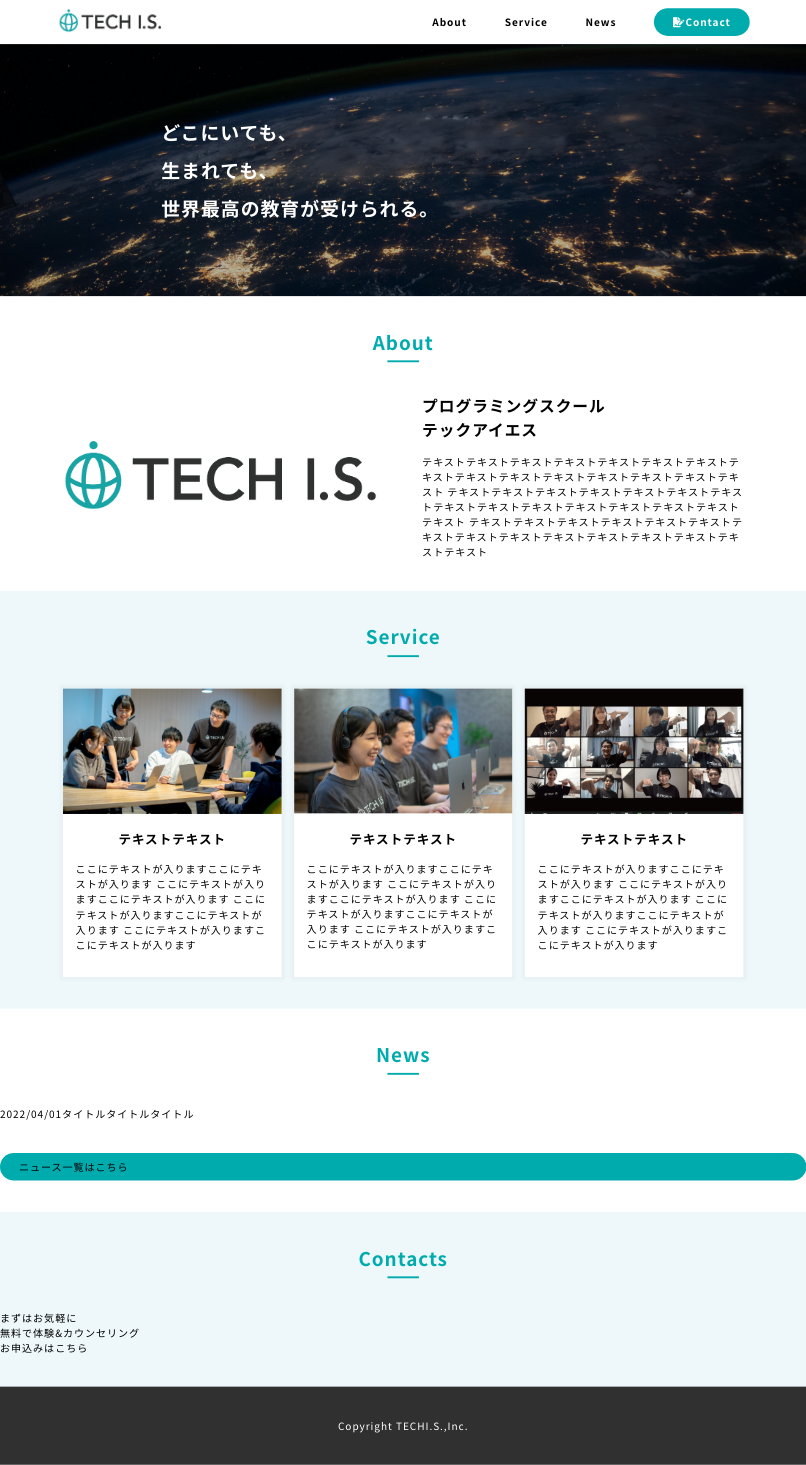
Repository: ryunoesta/lp-techis
Page: indx.html
These files come from the project's save history. The page is drawn as it stood at one moment and after a run of saves; the edit follows.
The browser window is 1280 px wide. The pictures show the whole page, at 63% of full size.

Above is the page before, as saved 2022-06-19 23:09:52.

### indx.html
<!DOCTYPE html>
<html lang="ja">
<head>
    <meta charset="UTF-8">
    <meta http-equiv="X-UA-Compatible" content="IE=edge">
    <meta name="viewport" content="width=device-width, initial-scale=1.0">
    <!-- reset css -->
    <link rel="stylesheet" href="./CSS/reset.css">
    <!-- style css -->
    <link rel="stylesheet" href="./CSS/style.css">
    <!-- fontawesome -->
    <link rel="stylesheet" href="https://use.fontawesome.com/releases/v5.15.1/css/all.css">
    <title>プログラミングスクール テックアイエス</title>
</head>
<body>
    <!-- header -->
    <header class="header">
        <h1 class="logo">
            <img src="./img/logo.png" alt="ロゴ画像">
        </h1>
        <ul class="menu-pc">
            <li><a href="#">About</a></li>
            <li><a href="#">Service</a></li>
            <li><a href="#">News</a></li>
            <!-- リンク先追加 -->
            <li><a href="contact"><i class="fas fa-file-signature"></i>Contact</a></li>
        </ul>
    </header>

    <!-- main -->
    <main>
        <!-- fv -->
        <section class="front-fv">
            <img src="./img/top1.png" alt="ファーストビュー">
            <h2>どこにいても、
                <br>
                生まれても、
                <br>
                世界最高の教育が受けられる。
            </h2>
        </section>

        <!-- about -->
        <section class="front-about">
            <h2 class="front-common__title">
                About
            </h2>
            <ul class="front-about__list">
                <li class="front-about__item"><img src="./img/logo.png" alt="ロゴ画像"></li>
                <li class="front-about__item">
                    <div class="front-about_txt">
                        <h3>
                            プログラミングスクール
                            <br>
                            テックアイエス
                        </h3>
                        <p>テキストテキストテキストテキストテキストテキストテキストテキストテキストテキストテキストテキストテキストテキストテキスト テキストテキストテキストテキストテキストテキストテキストテキストテキストテキストテキストテキストテキストテキストテキスト テキストテキストテキストテキストテキストテキストテキストテキストテキストテキストテキストテキストテキストテキストテキスト</p>
                    </div>
                </li>
            </ul>
        </section>

        <!-- service -->
        <section class="front-service">
            <div class="front-service__inner">
                <h2 class="front-common__title">
                    Service
                </h2>
                <ul class="front-service__list">
                    <li class="front-service__item">
                        <img src="./img/service1.png" alt="サービス１">
                        <h3>テキストテキスト</h3>
                        <p>
                            ここにテキストが入りますここにテキストが入ります ここにテキストが入りますここにテキストが入ります
                            ここにテキストが入りますここにテキストが入ります ここにテキストが入りますここにテキストが入ります
                        </p>
                    </li>
                    <li class="front-service__item">
                        <img src="./img/service2.png" alt="サービス２">
                        <h3>テキストテキスト</h3>
                        <p>
                            ここにテキストが入りますここにテキストが入ります ここにテキストが入りますここにテキストが入ります
                            ここにテキストが入りますここにテキストが入ります ここにテキストが入りますここにテキストが入ります
                        </p>
                    </li>
                    <li class="front-service__item">
                        <img src="./img/service3.png" alt="サービス３">
                        <h3>テキストテキスト</h3>
                        <p>
                            ここにテキストが入りますここにテキストが入ります ここにテキストが入りますここにテキストが入ります
                            ここにテキストが入りますここにテキストが入ります ここにテキストが入りますここにテキストが入ります
                        </p>
                    </li>
                </ul>
            </div>
        </section>

        <!-- news -->
        <section class="front-news">
            <h2 class="front-common__title">
                News
            </h2>
            <time datetime="2022/04/01"><span class="front-news__date">2022/04/01</span>タイトルタイトルタイトル</time>
            <div class="front-news__btn">ニュース一覧はこちら</div>
        </section>

        <!-- contact -->
        <section class="front-contact">
            <h2 class="front-common__title">
                Contacts
            </h2>
            <h3>
                まずはお気軽に
                <br>
                無料で体験&カウンセリング
            </h3>
            <div class="btn">お申込みはこちら</div>
        </section>
    </main>

    <!-- footer -->
    <footer class="footer">
        <!-- footerはブロックレベル要素  -->
        <p>
            <small>Copyright TECHI.S.,Inc.</small>
        </p>
    </footer>
</body>
</html>

### CSS/reset.css
*, *::before, *::after {
    box-sizing: border-box;
}
html, body, div, span, applet, object, iframe, h1, h2, h3, h4, h5, h6, p, blockquote, pre, a,
abbr, acronym, address, big, cite, code, del, dfn, em, font, ins, kbd, q, s, samp, small, strike,
strong, sub, sup, tt, var, dl, dt, dd, ol, ul, li, fieldset, form, label, legend, table,
caption, tbody, tfoot, thead, tr, th, td {
    border: 0;
    font-size: 100%;
    font-weight: inherit;
    margin: 0;
    outline: 0;
    padding: 0;
    vertical-align: baseline;
}
body {
    width: 100%;
    height: 100%;
    margin: 0 auto;
    letter-spacing: 1.5px;
    line-height: 1.5;
}
img {
    width: 100%;
    height: 100%;
    top: 0;
    left: 0;
    object-fit: cover;
}
a {
    color: black;
    text-decoration: none;
}
ol, ul {
    list-style: none;
}
table {
    border-collapse: separate;
    border-spacing: 0;
}

### CSS/style.css
/* フォントの設定 */
@import url('https://fonts.googleapis.com/css2?family=Noto+Sans+JP&display=swap');
html, body {
    font-size: 16px;
    font-family: 'Noto Sans JP', sans-serif;
}

/* header */
.header {
    display: flex;
    align-items: center;
    justify-content: space-between;
    max-width: 1100px;
    height: 70px;
    margin: auto;
}

.logo img {
    width: 170px;
    height: auto;
}

.menu-pc {
    display: flex;
    align-items: center;
}

.menu-pc li {
    margin: 0 30px;
}

.menu-pc a {
    font-weight: bold;
}

.menu-pc li:last-child {
    margin-right: 0;
}

.menu-pc li:last-child a {
    display: block;
    color: #fff;
    background: #00abae;
    padding: 10px 30px;
    border-radius: 50px;
}

/* footer */
.footer {
    padding: 50px;  /* paddingにautoはない */
    background: #303030;
}

.footer p {
    color: #fff;
    text-align: center;
}

/* fv */
.front-fv {
    position: relative;
    height: 400px;
}

.front-fv h2 {
    position: absolute;
    top: 50%;
    -webkit-transform: translateY(-50%);
    -moz-transform: translateY(-50%);
    -ms-transform: translateY(-50%);
    -o-transform: translateY(-50%);
    transform: translateY(-50%);
    left: 20%;
    color: #fff;
    font-size: 30px;
    font-weight: bold;
    line-height: 2;
}

/* common */
.front-common__title {
    position: relative;
    font-size: 30px;
    font-weight: bold;
    color: #00abae;
    text-align: center;
    margin-bottom: 50px;
    padding-bottom: 10px;
}

.front-common__title::before {
    position: absolute;
    bottom: 0;
    left: 50%;
    transform: translateX(-50%);
    content: "";
    border-bottom: 3px solid #00abae;
    width: 50px;
}

/* about */
.front-about {
    max-width: 1100px;
    margin: 50px auto;
}

.front-about__list {
    display: flex;
    align-items: center;
    justify-content:center;
}

.front-about__item {
    width: 50%;
}

.front-about__item h3 {
    font-size: 25px;
    font-weight: bold;
}

.front-about__item p {
    margin-top: 20px;
}

.front-about__item:first-child{
    margin-right: 30px;
}

.front-about__item:last-child{
    margin-left: 30px;
}

/* service */
.front-service {
    padding: 50px 0;
    background: #eef8fa;
}

.front-service__inner {
    max-width: 1100px;
    margin: auto;
}

.front-service__list {
    display: flex;
}

.front-service__item {
    width: 33.333%;
    margin: 0 10px;
    background: #fff;
    box-shadow: 0 0 5px 5px rgb(0 0 0 / 3%);
}

.front-service__item img {
    width: 100%;
    height: auto;
}

.front-service__item h3 {
    margin: 20px;
    font-size: 20px;
    text-align: center;
    font-weight: bold;
}

.front-service__item p {
    padding: 0 20px 40px;
}

/* news */
.front-news {
    padding: 50px 0;
}

.front-news time {
    display: block;
    margin: 50px auto;
}

.front-news__btn {
    display: block;
    background: #00abae;
    padding: 10px 30px;
    border-radius: 50px;
}




/* contact */
.front-contact {
    padding: 50px 0;
    background: #eef8fa;
}

.front-contact h2 {
    text-align: center;
}

After the next 4 saves:
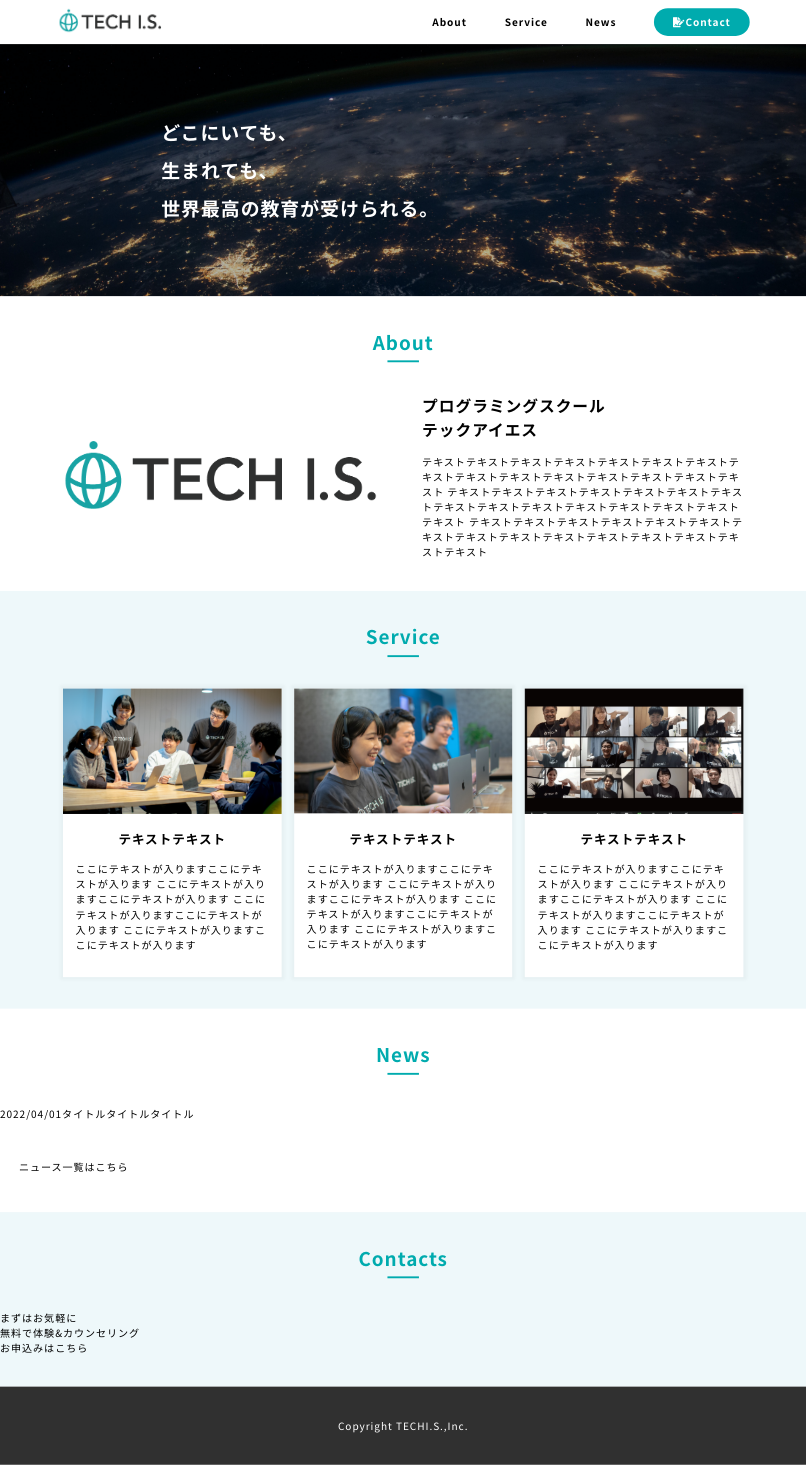
The 4 saves are shown as one change because they came seconds apart.
The last was saved 10 s later.
--- a/CSS/style.css
+++ b/CSS/style.css
@@ -181,8 +181,8 @@
 
 .front-news__btn {
     display: block;
-    background: #00abae;
     padding: 10px 30px;
+    border-color: #303030;
     border-radius: 50px;
 }
 
